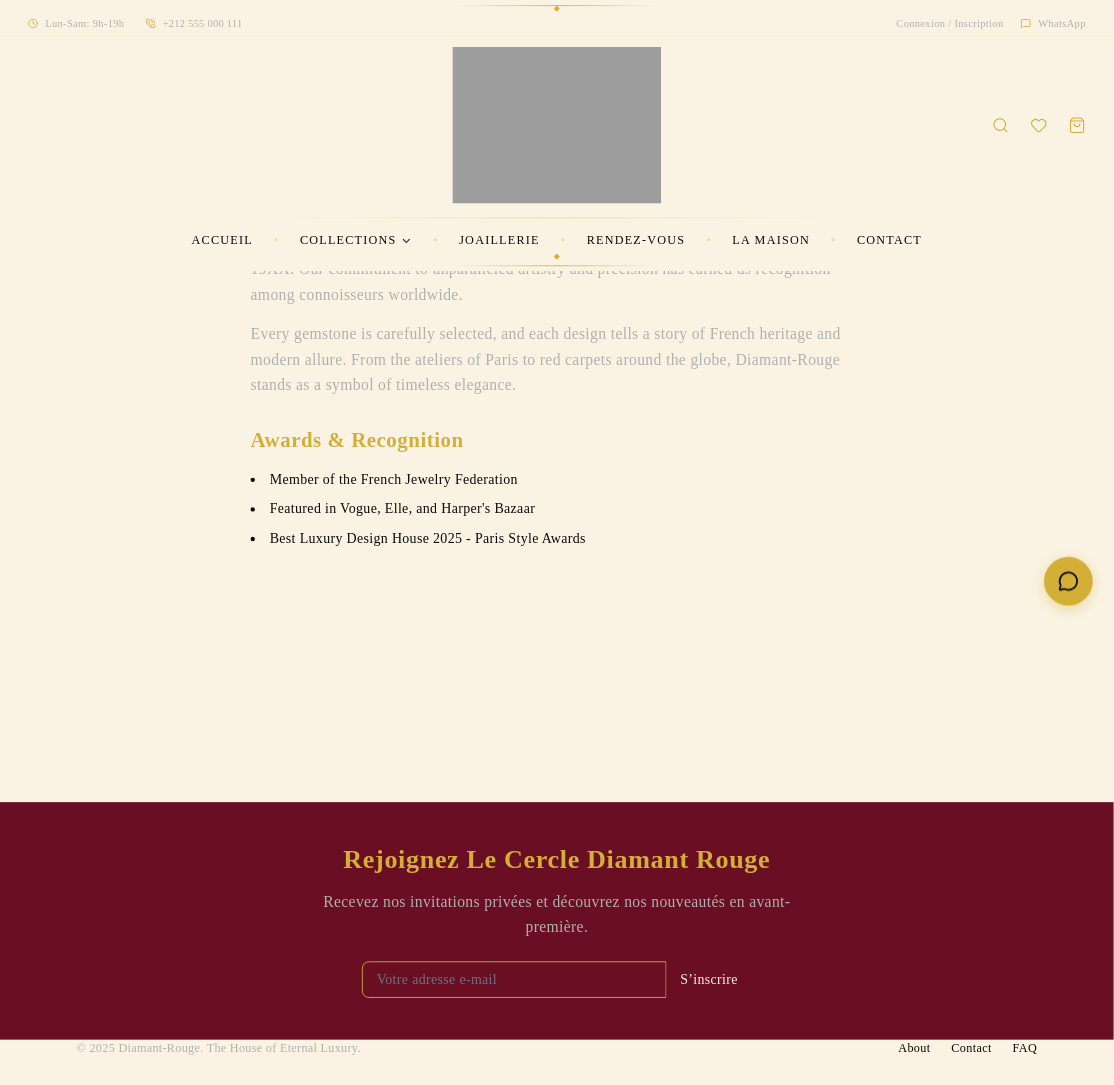
Repository: G-omar-H/diamant-rouge
Page: /about (app in diamant-rouge/)
The author's editor kept a copy of each file at every save. The page is drawn from the files as they stood at one save, then again after the next save.
The browser window is 1280 px wide. The pictures show the whole page, at 87% of full size.
Pictures or frames that could not be fetched are drawn as grey boxes. The page's requests for data from a server got no answer. The project was rebuilt for these pictures with package versions that can differ from the ones it lists, and the page was loaded fresh each time. The framework's server and built-in components were replaced by stand-ins that run in the browser. No one was signed in, and anything a server would have sent is missing. Also part of the build but not shown: diamant-rouge/next.config.js.

Above is the page before, as saved 2025-03-06 12:48:26.

After the next save:
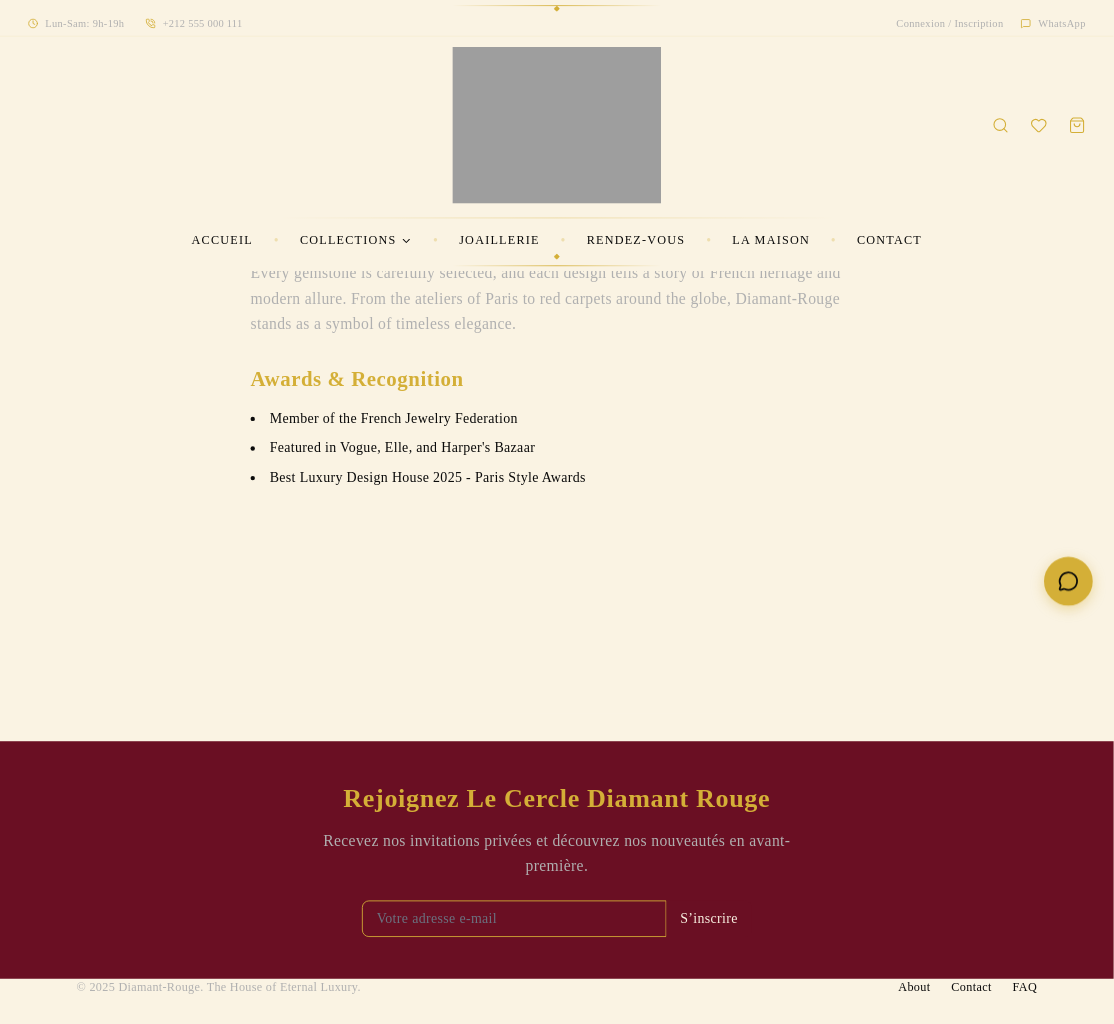
Saved 20 s later.
--- a/diamant-rouge/styles/globals.css
+++ b/diamant-rouge/styles/globals.css
@@ -6,7 +6,7 @@
    🎩 Root Theme Variables for Luxury Experience
    ========================================================== */
 :root {
-    --header-height: 170px;
+    --header-height: 100px;
     --brand-gold: #D4AF37;
     --brand-burgundy: #6A0F23;
     --brand-ivory: #FAF3E3;
